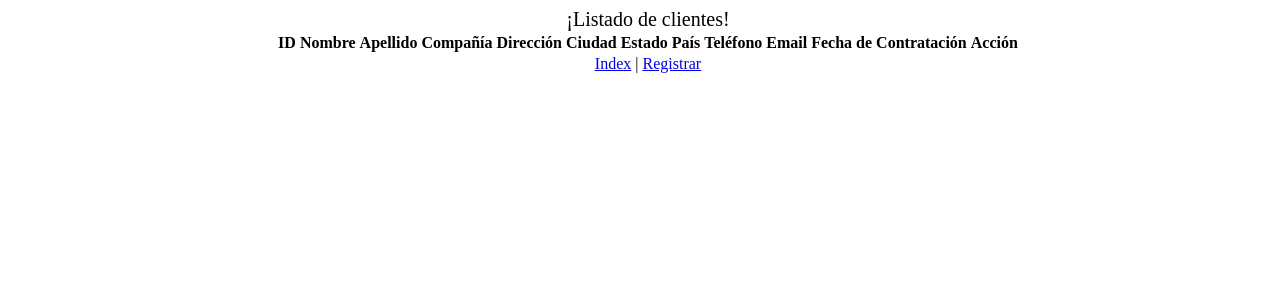
Repository: ANGELEDU141/EXAMEN-PROFE-RAUL
Page: http://localhost/demo/WEB-INF/views/Customer/listar.jsp
An editor plug-in stored every save of this project. The page is shown before and after the next save, followed by the edit.
The browser window is 1280 px wide. The page is 1288 px wide, then 1280 px, so the pictures cover 1288 px, including what lies to the right of the window. The pictures show the whole page.
The page is served by Tomcat 9. Nobody is signed in. Other server files are loaded and not shown. The template is opened directly, without the code that normally fills it, so the values that code supplies are empty.

Above is the page before, as saved 2024-09-26 02:42:11.

### demo/src/main/webapp/WEB-INF/views/Customer/listar.jsp
<%@ page language="java" contentType="text/html; charset=ISO-8859-1"
    pageEncoding="ISO-8859-1"%>

<!-- JSTL core -->
<%@taglib prefix="c" uri="http://java.sun.com/jsp/jstl/core"%>

<!DOCTYPE html>
<html>
<head>
<meta charset="ISO-8859-1">
<title>Listar Clientes</title>
<style>


</style>
</head>
<body>
    <div style="width: 100vw;">
        <table style="margin: 0px auto;">
            <caption style="font-size: 20px;">¡Listado de clientes!</caption>
            <tr>
                <th><b>ID</b></th>
                <th><b>Nombre</b></th>
                <th><b>Apellido</b></th>
                <th><b>Compañía</b></th>
                <th><b>Dirección</b></th>
                <th><b>Ciudad</b></th>
                <th><b>Estado</b></th>
                <th><b>País</b></th>
                <th><b>Teléfono</b></th>
                <th><b>Email</b></th>
                <th><b>Fecha de Contratación</b></th>
                <th><b>Acción</b></th>
            </tr>

            <c:forEach var="customer" items="${bCustomers}">
                <tr>
                    <td>${customer.customerId}</td>
                    <td>${customer.firstName}</td>
                    <td>${customer.lastName}</td>
                    <td>${customer.company}</td>
                    <td>${customer.address}</td>
                    <td>${customer.city}</td>
                    <td>${customer.state}</td>
                    <td>${customer.country}</td>
                    <td>${customer.phone}</td>
                    <td>${customer.email}</td>
                    <td>${customer.hireDate}</td>
                    <td>
                        <a href="/senati/customer/editar/${customer.customerId}">Editar</a>
                        <a href="/senati/customer/borrar/${customer.customerId}">Borrar</a>
                        <a href="/senati/customer/detalle/${customer.customerId}">Detalles</a>
                    </td>
                </tr>
            </c:forEach>
        </table>

        <div style="text-align: center;">
            <a href="/senati/index">Index</a> |
            <a href="/senati/customer/registrar">Registrar</a>
        </div>
    </div>
</body>
</html>

After the next save:
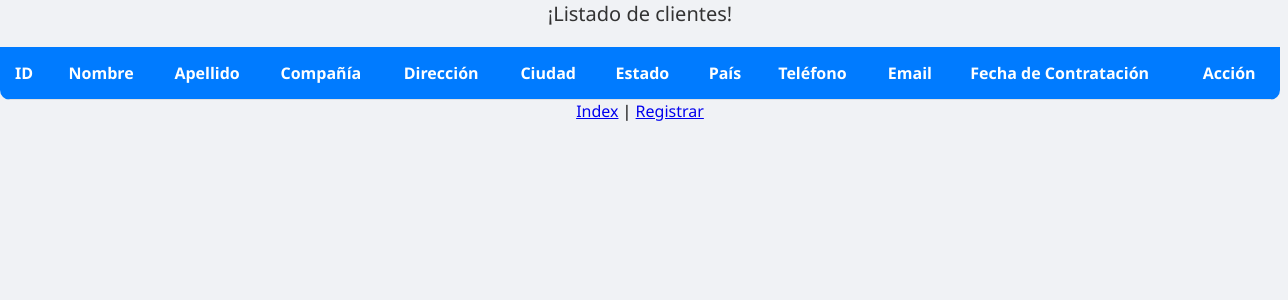
Saved 63 s later.
--- a/demo/src/main/webapp/WEB-INF/views/Customer/listar.jsp
+++ b/demo/src/main/webapp/WEB-INF/views/Customer/listar.jsp
@@ -10,6 +10,74 @@
 <meta charset="ISO-8859-1">
 <title>Listar Clientes</title>
 <style>
+body {
+    font-family: 'Segoe UI', Tahoma, Geneva, Verdana, sans-serif;
+    background-color: #f0f2f5;
+    margin: 0;
+    padding: 0;
+}
+
+.container {
+    width: 80%;
+    margin: 20px auto;
+    padding: 20px;
+    background-color: #fff;
+    box-shadow: 0 4px 8px rgba(0, 0, 0, 0.1);
+    border-radius: 10px;
+}
+
+table {
+    width: 100%;
+    border-collapse: collapse;
+    margin-bottom: 20px;
+    background-color: #fff;
+    border-radius: 10px;
+    overflow: hidden;
+}
+
+th, td {
+    padding: 15px;
+    text-align: left;
+    border-bottom: 1px solid #e0e0e0;
+}
+
+th {
+    background-color: #007BFF;
+    color: white;
+    font-weight: bold;
+}
+
+caption {
+    font-size: 28px;
+    margin-bottom: 20px;
+    color: #333;
+    text-align: center;
+}
+
+.actions {
+    text-align: center;
+    margin-top: 20px;
+}
+
+.actions a {
+    margin: 0 10px;
+    text-decoration: none;
+    color: #fff;
+    font-weight: bold;
+    padding: 10px 20px;
+    background-color: #007BFF;
+    border-radius: 5px;
+    transition: background-color 0.3s, transform 0.3s;
+}
+
+.actions a:hover {
+    background-color: #0056b3;
+    transform: scale(1.05);
+}
+
+.actions a:active {
+    background-color: #003d80;
+}
 
 
 </style>
